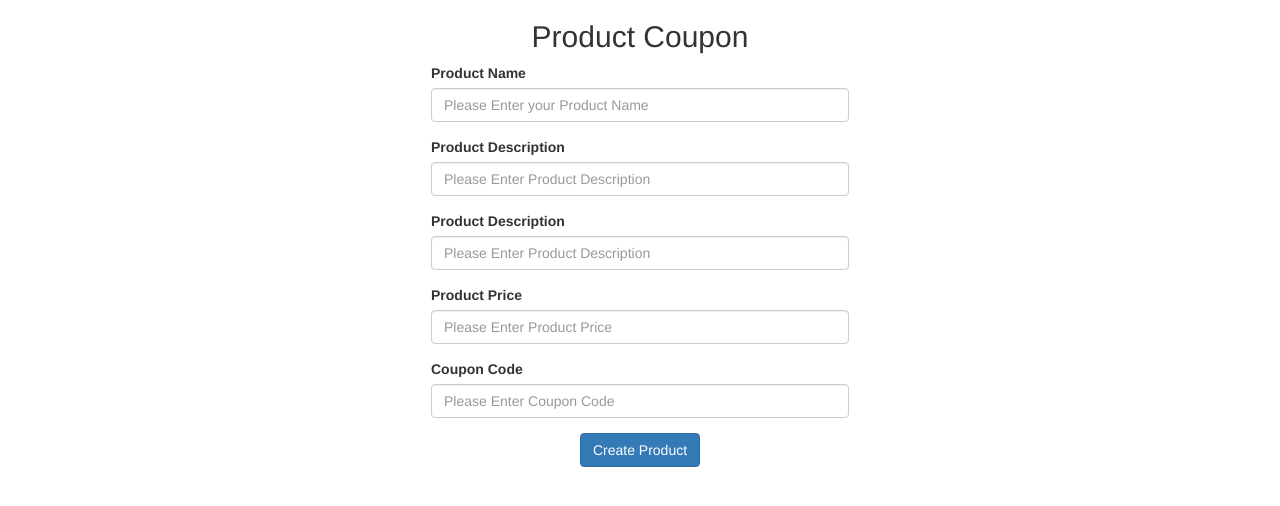
Repository: krutishilp/Sample
Page: http://localhost/couponandproductproject/createProduct.jsp
These files come from the project's save history. The page is drawn as it stood at one moment and after the next save; the edit follows.
The browser window is 1280 px wide. The pictures show the whole page.
The page is served by Tomcat 9.

Above is the page before, as saved 2020-09-04 06:51:55.

After the next save:
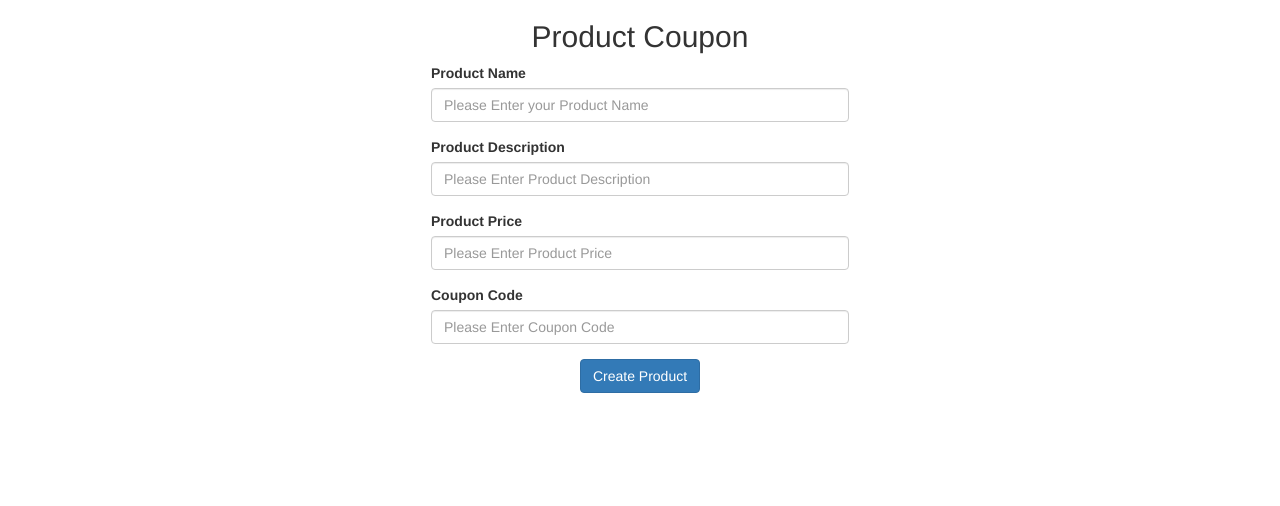
Saved 57 s later.
--- a/JAVA-Eclipse-workspace/couponandproductproject/src/main/webapp/createProduct.jsp
+++ b/JAVA-Eclipse-workspace/couponandproductproject/src/main/webapp/createProduct.jsp
@@ -34,13 +34,6 @@
 			</div>
 
 			<div class="form-group">
-				<label for="pdescription">Product Description</label> <input type="text"
-					class="form-control" name="productDescription" id="pdescription" required
-					placeholder="Please Enter Product Description">
-			</div>
-
-
-			<div class="form-group">
 				<label for="productprice">Product Price</label> <input type="number"
 					class="form-control" name="productPrice" id="productprice" required
 					placeholder="Please Enter Product Price">
